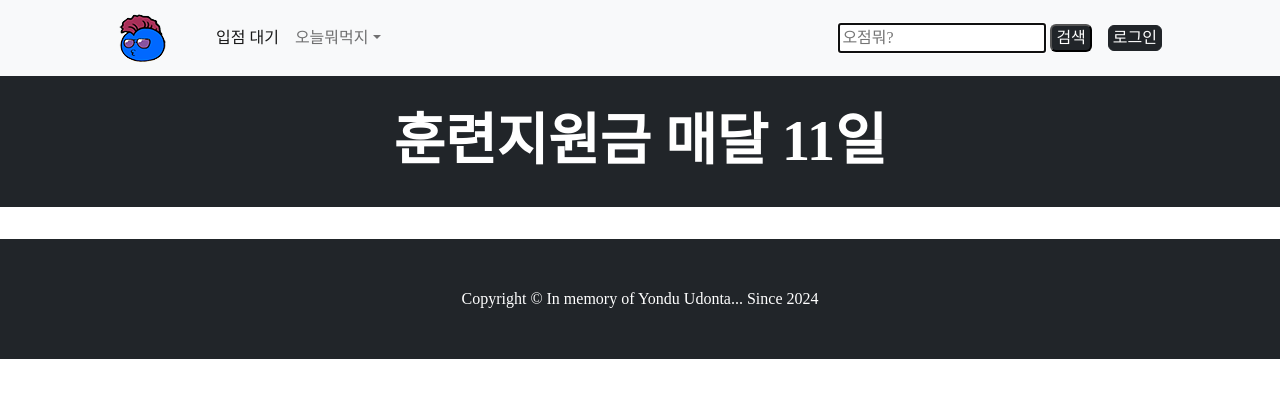
Repository: ashwan94/ydzone
Page: http://localhost/YonduZone/main
These files come from the project's save history. The page is drawn as it stood at one moment and after a run of saves; the edit follows.
The browser window is 1280 px wide. The pictures show the whole page.
Some web fonts or font styles are not loaded; a fallback is used. The page is served by Tomcat 9. Other server files are loaded and not shown. Queries for data that is not in the repository find no rows.

Above is the page before, as saved 2024-05-01 12:09:35.
Console error: SyntaxError: Identifier 'loginCheck' has already been declared

### YonduZone/src/main/webapp/WEB-INF/views/common/main.jsp
<%@ page language="java" contentType="text/html; charset=UTF-8"
	pageEncoding="UTF-8"%>
<%@ taglib prefix="c" uri="http://java.sun.com/jsp/jstl/core"%>
<jsp:include page="/WEB-INF/views/common/header.jsp">
	<jsp:param value="욘두존에 오신 것을 환영합니다." name="title" />
	<jsp:param value="훈련지원금 매달 11일" name="center" />
	<jsp:param value="" name="content" />
</jsp:include>
<style>
	.imgContainer{
		overflow:hidden;
	}
</style>

<section class="py-2">
	<div class="container px-4 px-lg-5 mt-3">
		<div class="row gx-4 gx-lg-4 row-cols-2 row-cols-md-3 row-cols-xl-4 justify-content-center">
			<c:forEach var="rst" items="${restaurants}">
				<a href="/restaurant/view?no=${rst.no }&restaurantName=${rst.restaurantName}&intro=${rst.intro }&open=${rst.open }&addr=${rst.addr }&tel=${rst.tel }&details=${rst.details }&hits=${rst.hits }&createDate=${rst.createDate }&fileName=${rst.fileName }&menuName=${rst.menuName}&price=${rst.price}&category=${rst.category}">
					<div class="col mb-4">
						<div class="card">
							<div class="card border-0 text-center">${rst.no }</div>
								<div class="imgContainer">
								<!-- Product image-->
								<img class="card-img-top rounded" src="${pageContext.request.contextPath }/Source/Restaurant_images/${rst.fileName}" style="width:95%; height:35vh; margin-left:2.5%;" alt="${rst.fileName }"/>
								</div>
							<!-- Product details-->
							<div class="card-body pb-0">
								<div class="text-center pb-2">
									<!-- Product name-->
									<h5 class="fw-bolder m-1">${rst.restaurantName }</h5>
									<h6 class="fw-bolder m-1">${rst.menuName }</h6>
									<!-- Product price-->
									<span class="price">${rst.price }</span>
								</div>
							</div>
							<!-- Product actions-->
							<div class="card-footer pt-0 mb-1 border-top-0 bg-transparent">
								<div class="text-center">
									<div class="btn btn-outline-dark my-1">${rst.intro }</div>
									<div class="btn btn-outline-dark my-1">${rst.details }</div>
								</div>
							</div>
						</div>
					</div>
				</a>
			</c:forEach>
		</div>
	</div>
</section>
<script>
	const searchBar = document.querySelector("#searchBar");
	searchBar.select();

	const loginCheck = document.querySelector("#loginCheck");
	const stanbyRestaurant = document.querySelector("#stanbyRestaurant");

	stanbyRestaurant.addEventListener("click", function(e) {
		e.preventDefault();
		if(loginCheck) {
			alert("로그인 이후 이용 가능합니다.");
			location.href = "/login"
		}
	})
</script>
<jsp:include page="/WEB-INF/views/common/footer.jsp" />

### YonduZone/src/main/webapp/WEB-INF/views/common/header.jsp
<%@ page language="java" contentType="text/html; charset=UTF-8"
	pageEncoding="UTF-8"%>
<%@ taglib prefix="c" uri="http://java.sun.com/jsp/jstl/core"%>
<!DOCTYPE html>
<html lang="en">
<head>
<meta charset="UTF-8">
<meta name="viewport"
	content="width=device-width, initial-scale=1, shrink-to-fit=no" />
<meta name="description" content="" />
<meta name="author" content="" />
<!-- Favicon-->
<link rel="icon" type="image/x-icon" href="assets/favicon.ico" />
<!-- Bootstrap icons-->
<link
	href="https://cdn.jsdelivr.net/npm/bootstrap-icons@1.5.0/font/bootstrap-icons.css"
	rel="stylesheet" />
<!-- Core theme CSS (includes Bootstrap)-->
<link href="/Bootstrap/css/styles.css" rel="stylesheet" />
<title>${param.title }</title>
<style>
	a{
		text-decoration:none;
		color:black;
	}
	a:hover{
		color:rgb(57, 151, 255);
	}

	@font-face {
    font-family: 'SUIT-Regular';
    src: url('https://cdn.jsdelivr.net/gh/projectnoonnu/noonfonts_suit@1.0/SUIT-Regular.woff2') format('woff2');
    font-weight: normal;
    font-style: normal;
	}

	* {
		font-family: 'SUIT-Regular';
	}
</style>

</head>
<body>
	<header>
		<nav class="navbar navbar-expand-lg navbar-light bg-light">
			<div class="container px-4 px-lg-5">
				<a class="navbar-brand" href="/main"><img src="${pageContext.request.contextPath }/Source/header/logo/main_logo.png" alt="Welcome to YouduZone!"></a>
				<button class="navbar-toggler" type="button" data-bs-toggle="collapse" data-bs-target="#navbarSupportedContent" aria-controls="navbarSupportedContent" aria-expanded="false" aria-label="Toggle navigation">
					<span class="navbar-toggler-icon"></span>
				</button>
				<div class="collapse navbar-collapse" id="navbarSupportedContent">
					<ul class="navbar-nav me-auto mb-2 mb-lg-0 ms-lg-4">
						<li class="nav-item">
							<a class="nav-link active" aria-current="page" href="/restaurant/stanby?userNo=${sessionScope.user.no }" data-value="${sessionScope.user.no }" id="stanbyRestaurant">입점 대기</a>
						</li>
						<li class="nav-item dropdown">
                            <a class="nav-link dropdown-toggle" id="navbarDropdown" href="#" role="button" data-bs-toggle="dropdown" aria-expanded="false">오늘뭐먹지</a>
                            <ul class="dropdown-menu text-center" aria-labelledby="navbarDropdown">
                                <li><a class="dropdown-item" href="/restaurant/category?category=밥">밥</a></li>
                                <li><a class="dropdown-item" href="/restaurant/category?category=국/찌개">국/찌개</a></li>
                                <li><a class="dropdown-item" href="/restaurant/category?category=면/분식">면/분식</a></li>
                                <li><a class="dropdown-item" href="/restaurant/category?category=야식">야식</a></li>
                            </ul>
                        </li>
					</ul>

					<form action="/restaurant/search" method="get" class="d-flex">
						<label>
							<input type="text" name="searchWord" placeholder="오점뭐?" id="searchBar">
							<button type="submit" class="badge bg-dark text-white fs-6 rounded-25 p-1 fw-normal me-3">검색</button>
						</label>
					</form>
					<c:choose>
						<c:when test="${not empty sessionScope.user }">
							<a href="/restaurant/add" class="badge d-flex bg-dark text-white mx-2 p-1 rounded-25 fs-6 fw-normal">밥집 추가</a>
							<a href="/user/view"><span class="badge bg-dark text-white p-1 rounded-25 fs-6 fw-normal me-2">${sessionScope.user.nickName } 님</span></a>
							<form action="/logout" method="get">
								<button type="submit" class="d-flex badge bg-dark text-white p-1 rounded-25 fs-6 fw-normal">로그아웃</button>
							</form>
						</c:when>
						<c:otherwise>
							<form action="/login" method="get" class="d-flex">
								<button type="submit" class="badge btn btn-outline-dark bg-dark text-white p-1 rounded-25 fs-6 fw-normal">로그인</button>
							</form>
							<input type="hidden" id="loginCheck" value="${empty sessionScope.user }">
						</c:otherwise>
					</c:choose>
				</div>
			</div>
		</nav>
		<div class="container-fluid bg-dark p-3">
			<div class="text-center text-white my-3">
				<h1 class="display-4 fw-bolder">${param.center }</h1>
				<p class="lead fw-normal text-white-50 mb-0">${param.content }</p>
			</div>
		</div>
	</header>

### YonduZone/src/main/webapp/WEB-INF/views/common/footer.jsp
<%@ page language="java" contentType="text/html; charset=UTF-8"
	pageEncoding="UTF-8"%>
<footer class="py-5 bg-dark">
<div class="container">
	<p class="m-0 text-center text-white">Copyright &copy; In memory of Yondu Udonta... Since 2024</p>
</div>
</footer>
<!-- Bootstrap core JS-->
<script src="https://cdn.jsdelivr.net/npm/bootstrap@5.3.3/dist/js/bootstrap.bundle.min.js"></script>
<!-- Core theme JS-->
<script src="/Bootstrap/js/scripts.js"></script>
<script>
	const priceEl = document.querySelectorAll(".price");

	priceEl.forEach(el => {
		if(el == null) {
			console.log("There are no any price elements");
		} else{
			el.innerText = parseInt(el.innerText).toLocaleString() + "원";
		}
	})

	/* const searchBar = document.querySelector("#searchBar");
	searchBar.select(); */

	const loginCheck = document.querySelector("#loginCheck");
	const stanbyRestaurant = document.querySelector("#stanbyRestaurant");

	stanbyRestaurant.addEventListener("click", function(e) {
		e.preventDefault();

		if(loginCheck) {
			alert("로그인 이후 이용 가능합니다.");
			location.href = "/login";
		}else{
			location.href = "/restaurant/stanby?userNo=" + stanbyRestaurant.getAttribute("data-value");
		}
	})
</script>
</body>
</html>

### YonduZone/src/main/java/common/MainServlet.java
package common;

import java.io.File;
import java.io.IOException;
import java.util.ArrayList;
import java.util.List;

import javax.servlet.ServletContext;
import javax.servlet.ServletException;
import javax.servlet.annotation.WebServlet;
import javax.servlet.http.HttpServlet;
import javax.servlet.http.HttpServletRequest;
import javax.servlet.http.HttpServletResponse;

import org.apache.ibatis.session.SqlSession;

import restaurant.RestaurantService;
import restaurant.RestaurantVO;

@WebServlet("/main")
public class MainServlet extends HttpServlet {
	private RestaurantService service;


	@Override
		public void init() throws ServletException {
			ServletContext servletContext = getServletContext();
			SqlSession session = (SqlSession) servletContext.getAttribute("sqlSession");
			this.service = new RestaurantService(session);
		}

	protected void doGet(HttpServletRequest request, HttpServletResponse response) throws ServletException, IOException {
		String searchType = request.getParameter("searchType");
		String searchWord = request.getParameter("searchWord");

		SearchVO vo = new SearchVO(searchType, searchWord);

		List<RestaurantVO> list = service.getRestaurantList(vo);

		request.setAttribute("restaurants", list);
		request.getRequestDispatcher("/WEB-INF/views/common/main.jsp").forward(request, response);
	}

}

Loaded but not shown: YonduZone/src/main/webapp/Bootstrap/css/styles.css (library); YonduZone/src/main/webapp/Bootstrap/js/scripts.js (common file)

After the next 2 saves:
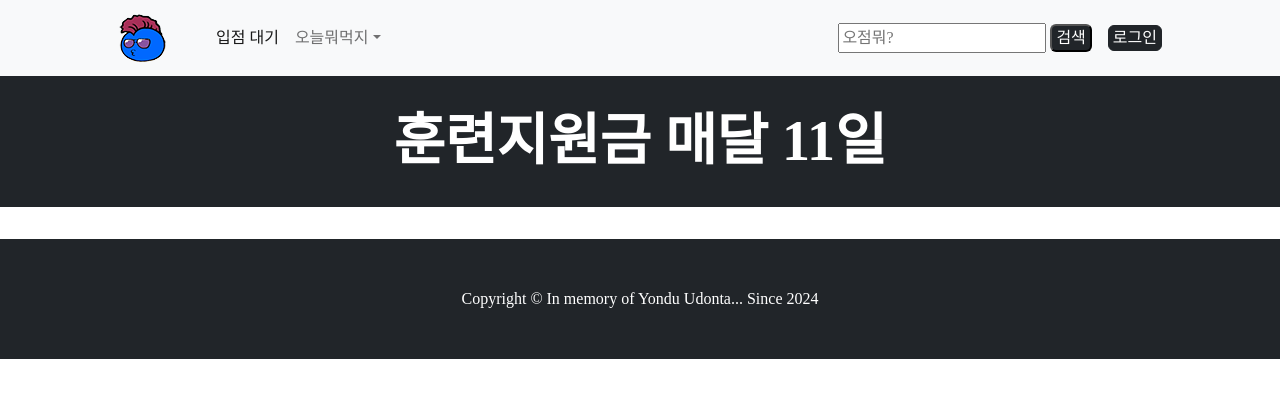
Console error: SyntaxError: Unexpected token '}'
The 2 saves are shown as one change because they came seconds apart.
The last was saved 116 s later.
--- a/YonduZone/src/main/webapp/WEB-INF/views/common/main.jsp
+++ b/YonduZone/src/main/webapp/WEB-INF/views/common/main.jsp
@@ -60,6 +60,8 @@
 		if(loginCheck) {
 			alert("로그인 이후 이용 가능합니다.");
 			location.href = "/login"
+		}else{
+			location.href="/restaurant/stanby?userNo=" + ${sessionScope.user.no}
 		}
 	})
 </script>

After the save that followed:
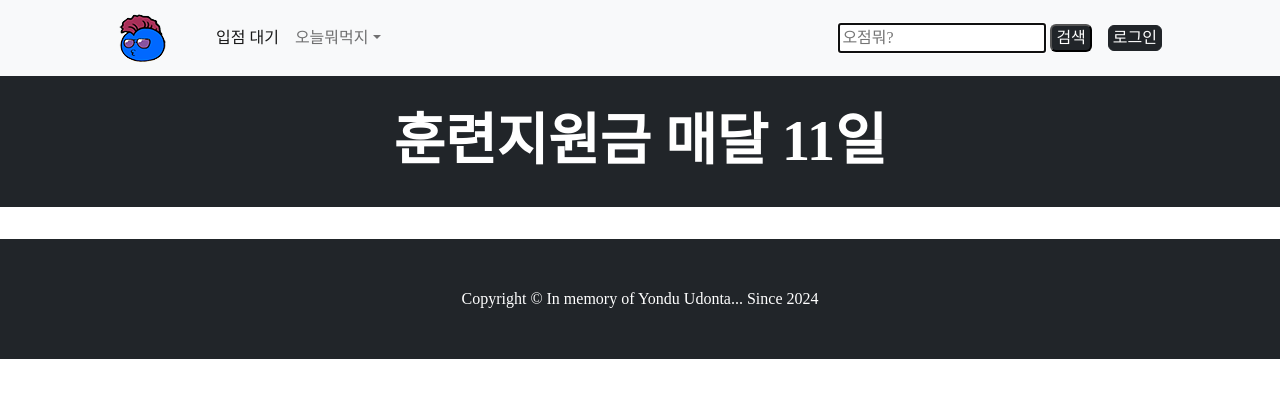
Console error: SyntaxError: Identifier 'loginCheck' has already been declared
Saved 33 s later.
--- a/YonduZone/src/main/webapp/WEB-INF/views/common/main.jsp
+++ b/YonduZone/src/main/webapp/WEB-INF/views/common/main.jsp
@@ -61,7 +61,7 @@
 			alert("로그인 이후 이용 가능합니다.");
 			location.href = "/login"
 		}else{
-			location.href="/restaurant/stanby?userNo=" + ${sessionScope.user.no}
+			location.href="/restaurant/stanby"
 		}
 	})
 </script>
